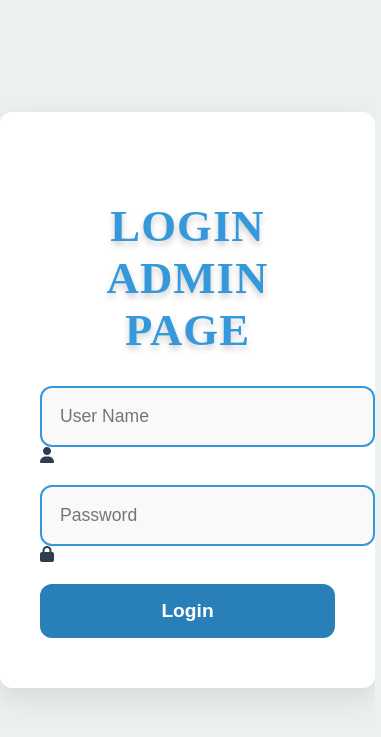
Repository: sadeq2003/library-project-uom
Page: http://localhost/login.php
An editor plug-in stored every save of this project. The page is shown before and after the next save, followed by the edit.
The browser window is 375 px wide. The page is 375 px wide, then 381 px, so the pictures cover 381 px, including what lies to the right of the window. The pictures show the whole page.
The page is run by PHP 8.4 with error messages shown; the project is at /var/www/html/.

Above is the page before, as saved 2025-02-01 17:45:03.

### login.php
<?php
session_start();
include('library/include/connect.php');
if (isset($_SESSION['EMAIL'])) {
    header("Location: index.php");
    exit();
}
?>
<!DOCTYPE html>
<html lang="en">
<head>
    <meta charset="UTF-8">
    <meta name="viewport" content="width=device-width, initial-scale=1.0">
    <title>Login Page</title>
    <link rel="stylesheet" href="login_style.css">
    <link href='https://unpkg.com/boxicons@2.1.4/css/boxicons.min.css' rel='stylesheet'>
    <link rel="stylesheet" href="https://cdnjs.cloudflare.com/ajax/libs/font-awesome/6.5.2/css/all.min.css" integrity="sha512-SnH5WK+bZxgPHs44uWIX+LLJAJ9/2PkPKZ5QiAj6Ta86w+fsb2TkcmfRyVX3pBnMFcV7oQPJkl9QevSCWr3W6A==" crossorigin="anonymous" referrerpolicy="no-referrer" />
</head>
<body>
    <section class="hero">
        <form action="login.php" method="post">
            <div class="contian">
                <h1>Login Admin Page</h1>
                <div class="input-box">
                    <input type="email" placeholder="User Name" name="email" required>
                    <i class="fa-solid fa-user"></i>
                </div>
                <div class="input-box">
                    <input type="password" placeholder="Password" name="password" required>
                    <i class="fa-solid fa-lock"></i>
                </div>
                <button type="submit" name="add">Login</button>
            </div>
        </form>
    </section>

    <?php
    @$ademail = $_POST['email'];
    @$adpassword = $_POST['password'];
    @$adadd = $_POST['add'];

    if (isset($adadd)) {
        if (empty($ademail) || empty($adpassword)) {
            echo '<script>alert("Please enter your email address or password.")</script>';
        } else {
            $query = "SELECT * FROM admin WHERE EMAIL='$ademail' AND password='$adpassword'";
            $result = mysqli_query($conn, $query);
            if (mysqli_num_rows($result) > 0) {
                $_SESSION['EMAIL'] = $ademail;
                header("Location: admin.php");
            } else {
                echo '<script>alert("You cannot log in to the admin page. Sorry!")</script>';
                header("Location: index.php");
            }
        }
    }
    ?>
</body>
</html>

### library/include/connect.php
<?php
$host="localhost";
$username="root";
$password="";
$dbname="library";

$conn = mysqli_connect($host,$username,$password,$dbname);
// if(isset($conn))
// {
//     echo"اتصال ناجح ";
// }
// else{
//     echo"اتصال فاشل";
// }

// $DELETE="DELETE from section where sectionname ='sadeq'";
// mysqli_query($conn,$DELETE);
// for($i=0;$i<10;$i++){
// $INSERT="INSERT into section VALUES ($i,'sadeq')";
// mysqli_query($conn,$INSERT);
// }
?>

### login_style.css
:root {
    --primary-color: #3498db; /* الأزرق الهادئ */
    --background-color: #ecf0f1; /* الخلفية الفاتحة */
    --button-color: #2980b9; /* زر باللون الأزرق الداكن */
    --hover-color: #1f618d; /* تأثير التمرير */
    --text-color: #2c3e50; /* اللون الداكن للنص */
    --border-radius: 12px; /* منحنيات الأزرار والإطارات */
    --shadow-color: rgba(0, 0, 0, 0.1); /* تأثير الظلال */
    --font-main: 'Poppins', sans-serif; /* الخط الأساسي */
    --font-title: 'Merriweather', serif; /* خط العنوان */
}

body {
    background-color: var(--background-color);
    color: var(--text-color);
    font-family: var(--font-main);
    display: flex;
    justify-content: center;
    align-items: center;
    height: 100vh;
    margin: 0;
}

.hero {
    width: 100%;
    max-width: 400px;
    background-color: #fff;
    padding: 50px 40px;
    border-radius: var(--border-radius);
    box-shadow: 0 10px 30px var(--shadow-color);
    transition: transform 0.4s ease-in-out;
}

.hero:hover {
    transform: translateY(-10px);
}

h1 {
    font-size: 2.8em;
    color: var(--primary-color);
    text-align: center;
    margin-bottom: 30px;
    font-family: var(--font-title);
    letter-spacing: 1px;
    text-transform: uppercase;
    text-shadow: 0 4px 6px rgba(0, 0, 0, 0.2);
}

.input-box {
    margin-bottom: 20px;
    position: relative;
}

.input-box input {
    width: 100%;
    padding: 18px;
    font-size: 1.1em;
    border: 2px solid var(--primary-color);
    border-radius: var(--border-radius);
    background-color: #f9f9f9;
    color: var(--text-color);
    outline: none;
    transition: border-color 0.3s ease, box-shadow 0.3s ease;
}

.input-box input:focus {
    border-color: var(--button-color);
    box-shadow: 0 0 10px var(--button-color);
}

.input-box label {
    position: absolute;
    top: -8px;
    left: 18px;
    font-size: 0.9em;
    color: var(--primary-color);
    background-color: #fff;
    padding: 0 6px;
    font-weight: bold;
    transition: all 0.3s ease;
}

.input-box input:focus + label {
    top: -25px;
    font-size: 0.8em;
    color: var(--button-color);
}

button {
    width: 100%;
    padding: 16px;
    background-color: var(--button-color);
    color: #fff;
    font-size: 1.2em;
    font-weight: bold;
    border-radius: var(--border-radius);
    border: none;
    cursor: pointer;
    transition: background-color 0.3s ease, transform 0.3s ease;
}

button:hover {
    background-color: var(--hover-color);
    transform: translateY(-5px);
}

button:active {
    transform: translateY(0);
}

After the next save:
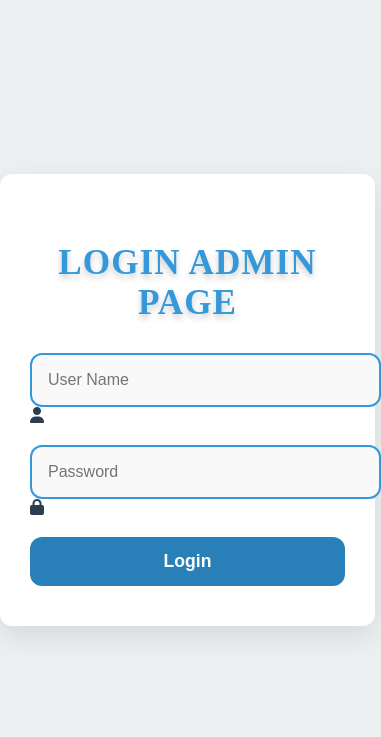
Saved 33 s later.
--- a/login_style.css
+++ b/login_style.css
@@ -19,6 +19,7 @@ body {
     align-items: center;
     height: 100vh;
     margin: 0;
+    padding: 0;
 }
 
 .hero {
@@ -68,24 +69,6 @@ h1 {
     box-shadow: 0 0 10px var(--button-color);
 }
 
-.input-box label {
-    position: absolute;
-    top: -8px;
-    left: 18px;
-    font-size: 0.9em;
-    color: var(--primary-color);
-    background-color: #fff;
-    padding: 0 6px;
-    font-weight: bold;
-    transition: all 0.3s ease;
-}
-
-.input-box input:focus + label {
-    top: -25px;
-    font-size: 0.8em;
-    color: var(--button-color);
-}
-
 button {
     width: 100%;
     padding: 16px;
@@ -107,3 +90,25 @@ button:hover {
 button:active {
     transform: translateY(0);
 }
+
+/* Media Queries for responsiveness */
+@media (max-width: 600px) {
+    .hero {
+        padding: 40px 30px;
+        max-width: 90%;
+    }
+
+    h1 {
+        font-size: 2.2em;
+    }
+
+    .input-box input {
+        padding: 16px;
+        font-size: 1em;
+    }
+
+    button {
+        padding: 14px;
+        font-size: 1.1em;
+    }
+}
